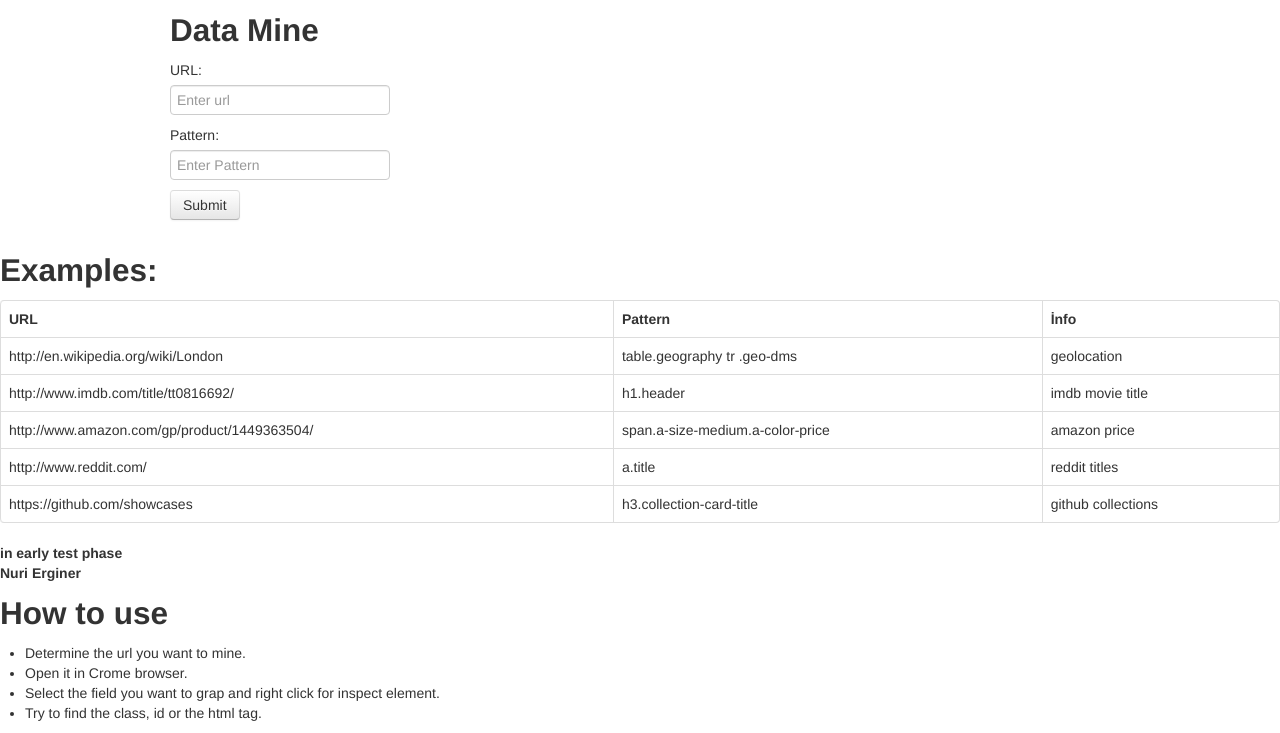
Repository: nerginer/datamine
Page: client/index.html
The author's editor kept a record of every edit. The page is drawn from the files as they stood at one moment, then again after the next edit.
The browser window is 1280 px wide. The pictures show the whole page.

Above is the page before.

After the next edit:
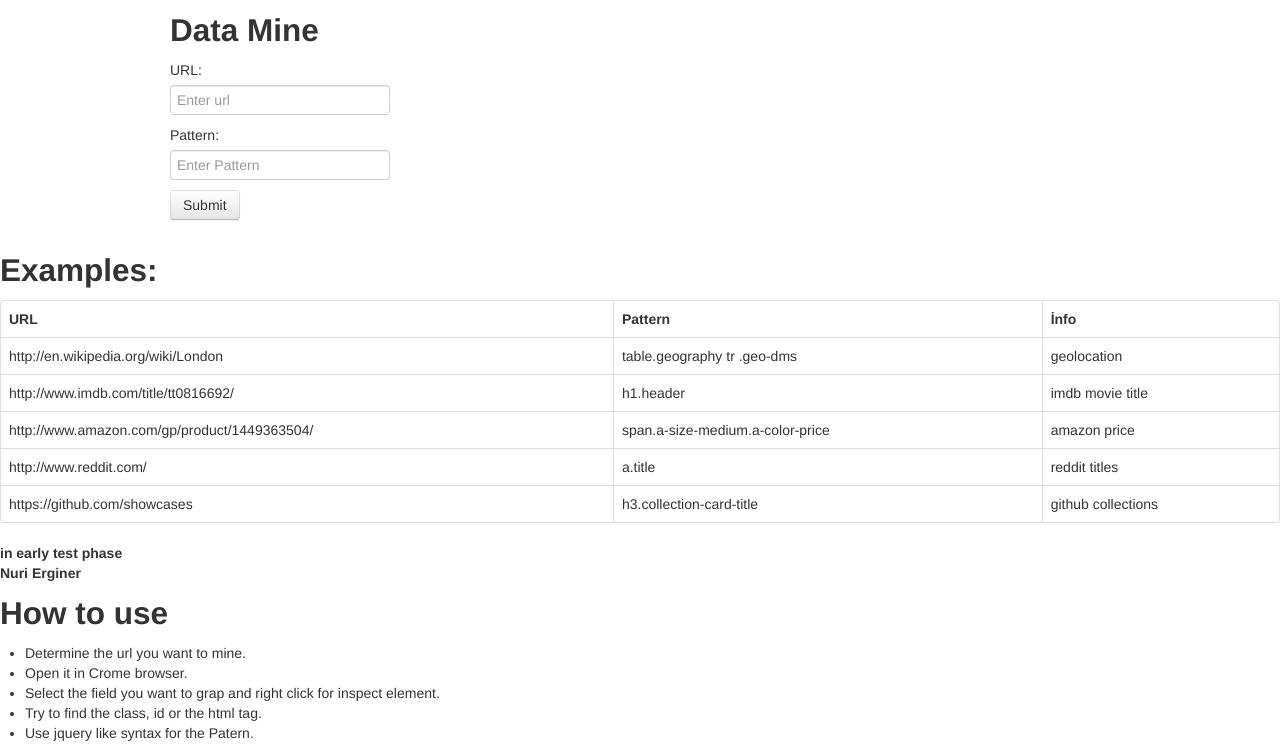
The edit:
--- a/client/index.html
+++ b/client/index.html
@@ -79,6 +79,7 @@
   <li>Open it in Crome browser.</li>
   <li>Select the field you want to grap and right click for inspect element.</li>
   <li>Try to find the class, id or the html tag.</li>
+  <li>  Use jquery like syntax for the Patern.</li>
 </ul>
 
 
